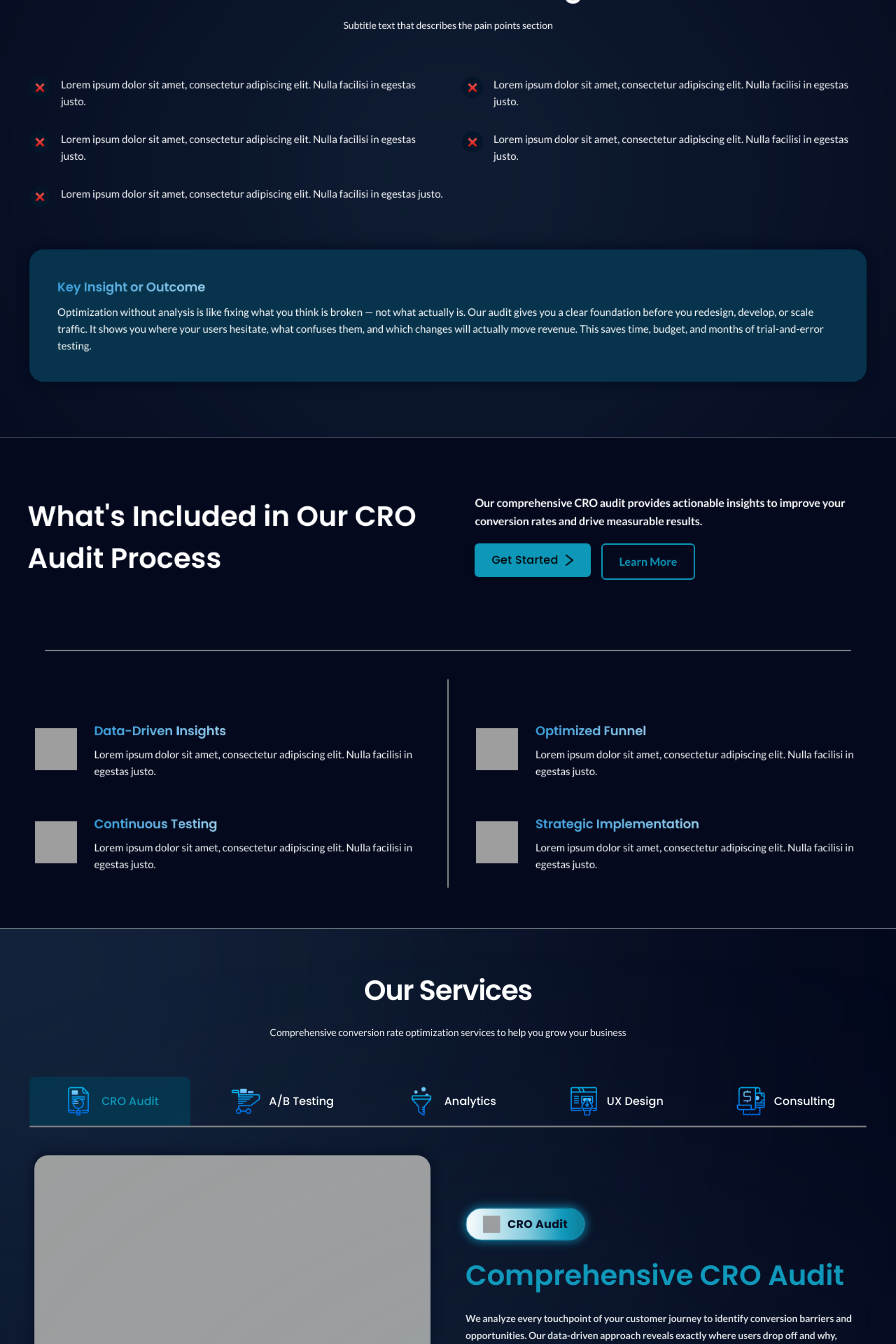
Repository: YahyaK01/kinseb
Page: /services
The author's editor kept a copy of each file at every save. The page is drawn from the files as they stood at one save, then again after the next save.
The browser window is 1280 px wide. The pictures show the part of the page from y = 1075 to 2995 px (the page is 3590 px tall), at 70% of full size.
Pictures or frames that could not be fetched are drawn as grey boxes. The project was rebuilt for these pictures with package versions that can differ from the ones it lists, and the page was loaded fresh each time. Also part of the build but not shown: src/components/FAQ.js, src/components/CTA.jsx, src/components/MetricsSection.jsx, src/components/WhyCROMatter.jsx, src/components/Processsection.jsx, src/components/Hero.jsx, src/components/CEO.jsx, src/components/Testimonia.jsx and 14 more.

Above is the page before, as saved 2025-12-05 20:05:12.

### public/index.html
<!DOCTYPE html>
<html lang="en">
  <head>
    <meta charset="utf-8" />
    <link rel="icon" href="/images/website-logo.png" />
    <meta name="viewport" content="width=device-width, initial-scale=1" />
    <meta name="theme-color" content="#000000" />
    <meta
      name="description"
      content="Kinseb CRO - Your trusted partner for Conversion Rate Optimization. We specialize in data-driven CRO strategies, A/B testing, user experience optimization, and conversion funnel analysis to maximize your website's performance and ROI."
    />
    <meta name="keywords" content="conversion rate optimization, CRO services, A/B testing, conversion funnel optimization, user experience optimization, website optimization, Kinseb CRO, landing page optimization, conversion strategy, increase conversions" />
    <meta name="author" content="Kinseb CRO" />
    <meta property="og:title" content="Kinseb CRO - Conversion Rate Optimization Experts" />
    <meta property="og:description" content="Your trusted partner for data-driven Conversion Rate Optimization. We help businesses maximize their website conversions through strategic testing and optimization." />
    <meta property="og:image" content="/images/website-logo.png" />
    <meta property="og:type" content="website" />
    <meta name="twitter:card" content="summary_large_image" />
    <meta name="twitter:title" content="Kinseb CRO - Conversion Rate Optimization Experts" />
    <meta name="twitter:description" content="Your trusted partner for data-driven Conversion Rate Optimization. Turn more visitors into customers with strategic testing and optimization." />
    <meta name="twitter:image" content="/images/logo.png" />
    <link rel="apple-touch-icon" href="/images/logo.png" />

    <!-- Preconnect to Google Fonts (speeds up font loading) -->
    <link rel="preconnect" href="https://fonts.googleapis.com">
    <link rel="preconnect" href="https://fonts.gstatic.com" crossorigin>

    <!-- Async load fonts (non-blocking - won't delay page render) -->
    <link rel="preload" as="style" href="https://fonts.googleapis.com/css2?family=Poppins:wght@300;400;500;600;700&display=swap" onload="this.onload=null;this.rel='stylesheet'">
    <link rel="preload" as="style" href="https://fonts.googleapis.com/css2?family=Lato:wght@100;300;400;700;900&display=swap" onload="this.onload=null;this.rel='stylesheet'">

    <!-- Fallback for browsers without JavaScript -->
    <noscript>
      <link rel="stylesheet" href="https://fonts.googleapis.com/css2?family=Poppins:wght@300;400;500;600;700&display=swap">
      <link rel="stylesheet" href="https://fonts.googleapis.com/css2?family=Lato:wght@100;300;400;700;900&display=swap">
    </noscript>

    <!--
      manifest.json provides metadata used when your web app is installed on a
      user's mobile device or desktop. See https://developers.google.com/web/fundamentals/web-app-manifest/
    -->
    <link rel="manifest" href="%PUBLIC_URL%/manifest.json" />
    <!--
      Notice the use of %PUBLIC_URL% in the tags above.
      It will be replaced with the URL of the `public` folder during the build.
      Only files inside the `public` folder can be referenced from the HTML.

      Unlike "/favicon.ico" or "favicon.ico", "%PUBLIC_URL%/favicon.ico" will
      work correctly both with client-side routing and a non-root public URL.
      Learn how to configure a non-root public URL by running `npm run build`.
    -->
    <title>Kinseb CRO - Conversion Rate Optimization Experts</title>
  </head>
  <body>
    <noscript>You need to enable JavaScript to run this app.</noscript>
    <div id="root"></div>
    <!--
      This HTML file is a template.
      If you open it directly in the browser, you will see an empty page.

      You can add webfonts, meta tags, or analytics to this file.
      The build step will place the bundled scripts into the <body> tag.

      To begin the development, run `npm start` or `yarn start`.
      To create a production bundle, use `npm run build` or `yarn build`.
    -->
  </body>
</html>

### src/components/marquee.jsx
import React, { useEffect, useState } from 'react';

const TrustedBrands = () => {
  const [windowWidth, setWindowWidth] = useState(window.innerWidth);
  const [isPaused, setIsPaused] = useState(false);

  useEffect(() => {
    const handleResize = () => setWindowWidth(window.innerWidth);
    window.addEventListener('resize', handleResize);
    return () => window.removeEventListener('resize', handleResize);
  }, []);

  const brands = [
    { name: 'Brand 1', logo: '/images/8.png' },
    { name: 'Brand 2', logo: '/images/9.png' },
    { name: 'Brand 3', logo: '/images/10.png' },
    { name: 'Brand 4', logo: '/images/11.png' },
    { name: 'Brand 5', logo: '/images/12.png' },
  ];

  // Duplicate brands for seamless loop
  const duplicatedBrands = [...brands, ...brands, ...brands];

  const containerStyle = {
    display: 'flex',
    flexDirection: 'column',
    justifyContent: 'center',
    alignItems: 'center',
    padding: windowWidth < 768 ? '40px 0' : '50px 0',
    width: '100%',
    minHeight: windowWidth < 768 ? 'auto' : '228px',
    background: '#04091D',
    overflow: 'hidden',
    boxSizing: 'border-box',
  };

  const innerContainerStyle = {
    display: 'flex',
    flexDirection: 'column',
    alignItems: 'center',
    gap: windowWidth < 768 ? '24px' : '32px',
    width: '100%',
    maxWidth: '100%',
    overflow: 'hidden',
  };

  const titleStyle = {
    fontFamily: "'Lato', -apple-system, BlinkMacSystemFont, 'Segoe UI', sans-serif",
    fontWeight: 600,
    fontSize: windowWidth < 480 ? '16px' : '18px',
    lineHeight: '24px',
    textAlign: 'center',
    color: '#FDFFFA',
    margin: 0,
    padding: '0 16px',
  };

  const marqueeContainerStyle = {
    width: '100%',
    overflow: 'hidden',
    position: 'relative',
    maskImage: 'linear-gradient(to right, transparent, black 10%, black 90%, transparent)',
    WebkitMaskImage: 'linear-gradient(to right, transparent, black 10%, black 90%, transparent)',
  };

  const marqueeStyle = {
    display: 'flex',
    flexDirection: 'row',
    alignItems: 'center',
    gap: windowWidth < 480 ? '20px' : '40px',
    animation: isPaused ? 'none' : 'marquee 30s linear infinite',
    width: 'max-content',
    willChange: 'transform',
  };

  const cardStyle = {
    display: 'flex',
    flexDirection: 'row',
    justifyContent: 'center',
    alignItems: 'center',
    padding: windowWidth < 480 ? '12px 20px' : '16px 30px',
    minWidth: windowWidth < 480 ? '140px' : '180px',
    height: windowWidth < 480 ? '60px' : '72px',
    background: 'transparent',
    flexShrink: 0,
    cursor: 'pointer',
    transition: 'transform 0.3s ease',
  };

  const logoStyle = {
    width: windowWidth < 480 ? '80px' : windowWidth < 768 ? '100px' : '120px',
    height: 'auto',
    maxHeight: windowWidth < 480 ? '50px' : '60px',
    objectFit: 'contain',
    transition: 'transform 0.3s ease',
  };

  const keyframesStyle = `
    @keyframes marquee {
      0% {
        transform: translateX(0);
      }
      100% {
        transform: translateX(-33.333%);
      }
    }
  `;

  return (
    <>
      <style>{keyframesStyle}</style>
      <div style={containerStyle}>
        <div style={innerContainerStyle}>
          <h2 style={titleStyle}>Trusted by Leading Brands</h2>

          <div style={marqueeContainerStyle}>
            <div style={marqueeStyle}>
              {duplicatedBrands.map((brand, index) => (
                <div
                  key={index}
                  style={cardStyle}
                  onMouseEnter={() => setIsPaused(true)}
                  onMouseLeave={() => setIsPaused(false)}
                >
                  <img
                    src={brand.logo}
                    alt={brand.name}
                    style={logoStyle}
                  />
                </div>
              ))}
            </div>
          </div>
        </div>
      </div>
    </>
  );
};

export default TrustedBrands;

### src/components/WhyCROMattersSection.jsx
import React, { useEffect, useRef, useState } from 'react';

const WhyCROMattersSection = () => {
  const [isVisible, setIsVisible] = useState(false);
  const [isMobile, setIsMobile] = useState(false);
  const sectionRef = useRef(null);

  useEffect(() => {
    const checkMobile = () => {
      setIsMobile(window.innerWidth <= 768);
    };

    checkMobile();
    window.addEventListener('resize', checkMobile);

    const observer = new IntersectionObserver(
      ([entry]) => {
        if (entry.isIntersecting && !isVisible) {
          setIsVisible(true);
        }
      },
      {
        threshold: 0.1,
        rootMargin: '50px'
      }
    );

    if (sectionRef.current) {
      observer.observe(sectionRef.current);
    }

    return () => {
      window.removeEventListener('resize', checkMobile);
      if (sectionRef.current) {
        observer.unobserve(sectionRef.current);
      }
    };
  }, [isVisible]);

  const containerStyle = {
    display: 'flex',
    flexDirection: 'column',
    alignItems: 'center',
    padding: 'clamp(40px, 8vw, 80px) 20px',
    gap: 'clamp(40px, 6vw, 60px)',
    maxWidth: '1440px',
    margin: '0 auto',
    width: '100%',
    background: '#04091D',
    opacity: 1,
    willChange: 'transform, opacity',
  };

  const headerSectionStyle = {
    display: 'flex',
    flexDirection: 'row',
    justifyContent: 'center',
    alignItems: 'center',
    padding: '0px',
    gap: 'clamp(30px, 6vw, 79px)',
    width: '100%',
    maxWidth: '1201px',
    opacity: isVisible ? 1 : 0,
    transform: isVisible ? 'translateY(0)' : 'translateY(20px)',
    transition: 'opacity 0.8s cubic-bezier(0.4, 0, 0.2, 1) 0.1s, transform 0.8s cubic-bezier(0.4, 0, 0.2, 1) 0.1s',
    flexWrap: 'wrap',
  };

  const leftColumnStyle = {
    display: 'flex',
    flexDirection: 'column',
    alignItems: 'flex-start',
    padding: '0px',
    gap: '20px',
    flex: '1 1 400px',
    minWidth: '280px',
  };

  const headingStyle = {
    fontFamily: "'Poppins', sans-serif",
    fontWeight: 600,
    fontSize: 'clamp(28px, 5vw, 40px)',
    lineHeight: '1.5',
    color: '#FFFFFF',
    margin: 0,
  };

  const rightColumnStyle = {
    display: 'flex',
    flexDirection: 'column',
    justifyContent: 'center',
    alignItems: 'flex-start',
    padding: '0px',
    gap: '20px',
    flex: '1 1 400px',
    minWidth: '280px',
  };

  const paragraphStyle = {
    fontFamily: "'Lato', sans-serif",
    fontWeight: 600,
    fontSize: 'clamp(14px, 2vw, 16px)',
    lineHeight: '1.6',
    letterSpacing: '-0.006em',
    color: '#FFFFFF',
    margin: 0,
  };

  const buttonsContainerStyle = {
    display: 'flex',
    flexDirection: 'row',
    alignItems: 'flex-start',
    padding: '0px',
    gap: '15px',
    flexWrap: 'wrap',
  };

  const primaryButtonStyle = {
    display: 'flex',
    flexDirection: 'row',
    justifyContent: 'center',
    alignItems: 'center',
    padding: '12px 24px',
    gap: '10px',
    background: '#0D98BA',
    boxShadow: '0px 4px 4px rgba(0, 0, 0, 0.25)',
    borderRadius: '6px',
    border: 'none',
    cursor: 'pointer',
    transition: 'all 0.3s ease',
    minWidth: 'fit-content',
  };

  const primaryButtonTextStyle = {
    fontFamily: "'Poppins', sans-serif",
    fontWeight: 500,
    fontSize: 'clamp(14px, 2vw, 16px)',
    lineHeight: '1.5',
    letterSpacing: '0.02em',
    color: '#000000',
    margin: 0,
    transition: 'color 0.3s ease',
  };

  const secondaryButtonStyle = {
    display: 'flex',
    flexDirection: 'row',
    justifyContent: 'center',
    alignItems: 'center',
    padding: '12px 24px',
    gap: '10px',
    background: 'transparent',
    border: '2px solid #0D98BA',
    borderRadius: '6px',
    cursor: 'pointer',
    transition: 'all 0.3s ease',
    minWidth: 'fit-content',
  };

  const secondaryButtonTextStyle = {
    fontFamily: "'Lato', sans-serif",
    fontWeight: 600,
    fontSize: 'clamp(14px, 2vw, 16px)',
    lineHeight: '1.5',
    color: '#0D98BA',
    margin: 0,
    transition: 'color 0.3s ease',
  };

  const separatorContainerStyle = {
    position: 'relative',
    width: '100%',
    display: 'flex',
    justifyContent: 'center',
    alignItems: 'center',
  };

  const separatorStyle = {
    width: '100%',
    maxWidth: '1152px',
    height: '2px',
    background: '#848586',
    borderRadius: '10px',
    margin: 'clamp(20px, 4vw, 40px) 0',
    opacity: isVisible ? 1 : 0,
    transition: 'opacity 0.8s cubic-bezier(0.4, 0, 0.2, 1) 0.3s',
  };

  const verticalSeparatorCrossStyle = {
    position: 'absolute',
    width: '2px',
    height: 'clamp(40px, 8vw, 80px)',
    background: '#848586',
    borderRadius: '10px',
    opacity: isVisible ? 1 : 0,
    transition: 'opacity 0.8s cubic-bezier(0.4, 0, 0.2, 1) 0.3s',
    bottom: 'calc(50% - clamp(20px, 4vw, 40px) - 1px)',
    left: '50%',
    transform: 'translateX(-50%) translateY(100%)',
  };

  const pointsContainerStyle = {
    display: 'flex',
    flexDirection: 'row',
    alignItems: 'flex-start',
    padding: '0px',
    gap: 'clamp(30px, 6vw, 60px)',
    width: '100%',
    maxWidth: '1201px',
    flexWrap: 'wrap',
    position: 'relative',
  };

  const columnStyle = {
    display: 'flex',
    flexDirection: 'column',
    alignItems: 'flex-start',
    padding: '0px',
    gap: 'clamp(30px, 5vw, 50px)',
    flex: '1 1 calc(50% - 30px)',
    minWidth: '280px',
  };

  const pointStyle = (index) => ({
    display: 'flex',
    flexDirection: 'row',
    alignItems: 'flex-start',
    padding: '0px',
    gap: '15px',
    width: '100%',
    opacity: isVisible ? 1 : 0,
    transform: isVisible ? 'translateY(0)' : 'translateY(20px)',
    transition: `opacity 0.7s cubic-bezier(0.4, 0, 0.2, 1) ${0.3 + index * 0.1}s, transform 0.7s cubic-bezier(0.4, 0, 0.2, 1) ${0.3 + index * 0.1}s`,
  });

  const iconContainerStyle = {
    display: 'flex',
    flexDirection: 'row',
    justifyContent: 'center',
    alignItems: 'center',
    padding: '0px',
    gap: '10px',
    width: 'clamp(60px, 8vw, 80px)',
    height: 'clamp(60px, 8vw, 80px)',
    flexShrink: 0,
  };

  const iconStyle = {
    width: '100%',
    height: '100%',
    maxWidth: '60px',
    maxHeight: '60px',
  };

  const textContainerStyle = {
    display: 'flex',
    flexDirection: 'column',
    alignItems: 'flex-start',
    padding: '0px',
    gap: '8px',
    flex: 1,
  };

  const pointHeadingStyle = {
    fontFamily: "'Poppins', sans-serif",
    fontWeight: 600,
    fontSize: 'clamp(16px, 2.5vw, 18px)',
    lineHeight: '1.5',
    letterSpacing: '-0.006em',
    background: 'linear-gradient(263.69deg, #FFFFFF -108.11%, #3AA1DE 98.19%)',
    WebkitBackgroundClip: 'text',
    WebkitTextFillColor: 'transparent',
    backgroundClip: 'text',
    margin: 0,
  };

  const pointTextStyle = {
    fontFamily: "'Lato', sans-serif",
    fontWeight: 400,
    fontSize: 'clamp(14px, 2vw, 15px)',
    lineHeight: '1.6',
    color: '#FFFFFF',
    margin: 0,
  };

  const verticalSeparatorStyle = {
    position: 'absolute',
    width: '2px',
    height: '238px',
    left: 'calc(50% - 1px)',
    top: '0',
    background: '#848586',
    borderRadius: '10px',
    display: isMobile ? 'none' : 'block',
    opacity: isVisible ? 1 : 0,
    transition: 'opacity 0.8s cubic-bezier(0.4, 0, 0.2, 1) 0.5s',
  };

  const points = [
    {
      icon: '/path-to-brain-icon.png',
      heading: 'Data-Driven Insights',
      text: 'Lorem ipsum dolor sit amet, consectetur adipiscing elit. Nulla facilisi in egestas justo.',
    },
    {
      icon: '/path-to-testing-icon.png',
      heading: 'Continuous Testing',
      text: 'Lorem ipsum dolor sit amet, consectetur adipiscing elit. Nulla facilisi in egestas justo.',
    },
    {
      icon: '/path-to-funnel-icon.png',
      heading: 'Optimized Funnel',
      text: 'Lorem ipsum dolor sit amet, consectetur adipiscing elit. Nulla facilisi in egestas justo.',
    },
    {
      icon: '/path-to-setting-icon.png',
      heading: 'Strategic Implementation',
      text: 'Lorem ipsum dolor sit amet, consectetur adipiscing elit. Nulla facilisi in egestas justo.',
    },
  ];

  return (
    <div ref={sectionRef} style={containerStyle}>
      {/* Header Section */}
      <div style={headerSectionStyle}>
        <div style={leftColumnStyle}>
          <h2 style={headingStyle}>
            What's Included in Our CRO Audit Process
          </h2>
        </div>

        <div style={rightColumnStyle}>
          <p style={paragraphStyle}>
            Our comprehensive CRO audit provides actionable insights to improve your conversion rates and drive measurable results.
          </p>
          <div style={buttonsContainerStyle}>
            <button
              style={primaryButtonStyle}
              onMouseEnter={(e) => {
                e.currentTarget.style.background = '#0B86A3';
                e.currentTarget.style.transform = 'translateY(-2px)';
              }}
              onMouseLeave={(e) => {
                e.currentTarget.style.background = '#0D98BA';
                e.currentTarget.style.transform = 'translateY(0)';
              }}
            >
              <span style={primaryButtonTextStyle}>Get Started</span>
              <svg width="12" height="16" viewBox="0 0 12 16" fill="none" xmlns="http://www.w3.org/2000/svg">
                <path d="M1 1L10 8L1 15" stroke="#000000" strokeWidth="2" strokeLinecap="round" strokeLinejoin="round"/>
              </svg>
            </button>
            <button
              style={secondaryButtonStyle}
              onMouseEnter={(e) => {
                e.currentTarget.style.background = '#0D98BA';
                e.currentTarget.querySelector('span').style.color = '#000000';
              }}
              onMouseLeave={(e) => {
                e.currentTarget.style.background = 'transparent';
                e.currentTarget.querySelector('span').style.color = '#0D98BA';
              }}
            >
              <span style={secondaryButtonTextStyle}>Learn More</span>
            </button>
          </div>
        </div>
      </div>

      {/* Separator with Plus Sign */}
      <div style={separatorContainerStyle}>
        <div style={separatorStyle}></div>
        <div style={verticalSeparatorCrossStyle}></div>
      </div>

      {/* Points Section */}
      <div style={pointsContainerStyle}>
        {/* Vertical Separator - Hidden on mobile */}
        <div style={verticalSeparatorStyle}></div>

        {/* Left Column */}
        <div style={columnStyle}>
          <div style={pointStyle(0)}>
            <div style={iconContainerStyle}>
              <img src={points[0].icon} alt="icon" style={iconStyle} />
            </div>
            <div style={textContainerStyle}>
              <h3 style={pointHeadingStyle}>{points[0].heading}</h3>
              <p style={pointTextStyle}>{points[0].text}</p>
            </div>
          </div>

          <div style={pointStyle(1)}>
            <div style={iconContainerStyle}>
              <img src={points[1].icon} alt="icon" style={iconStyle} />
            </div>
            <div style={textContainerStyle}>
              <h3 style={pointHeadingStyle}>{points[1].heading}</h3>
              <p style={pointTextStyle}>{points[1].text}</p>
            </div>
          </div>
        </div>

        {/* Right Column */}
        <div style={columnStyle}>
          <div style={pointStyle(2)}>
            <div style={iconContainerStyle}>
              <img src={points[2].icon} alt="icon" style={iconStyle} />
            </div>
            <div style={textContainerStyle}>
              <h3 style={pointHeadingStyle}>{points[2].heading}</h3>
              <p style={pointTextStyle}>{points[2].text}</p>
            </div>
          </div>

          <div style={pointStyle(3)}>
            <div style={iconContainerStyle}>
              <img src={points[3].icon} alt="icon" style={iconStyle} />
            </div>
            <div style={textContainerStyle}>
              <h3 style={pointHeadingStyle}>{points[3].heading}</h3>
              <p style={pointTextStyle}>{points[3].text}</p>
            </div>
          </div>
        </div>
      </div>
    </div>
  );
};

export default WhyCROMattersSection;

Loaded but not shown: src/index.js (common file); src/index.css (common file); src/reportWebVitals.js (common file); src/components/Footer.js (596 lines, source omitted); src/App.js (30 lines, source omitted); src/Pages/ServicePage.js (20 lines, source omitted); src/components/Navbar.jsx (1589 lines, source omitted); src/components/ServiceTabSection.jsx (533 lines, source omitted); src/components/PainPointsSection.jsx (323 lines, source omitted); src/components/casestudieshero.jsx (294 lines, source omitted)

After the next save:
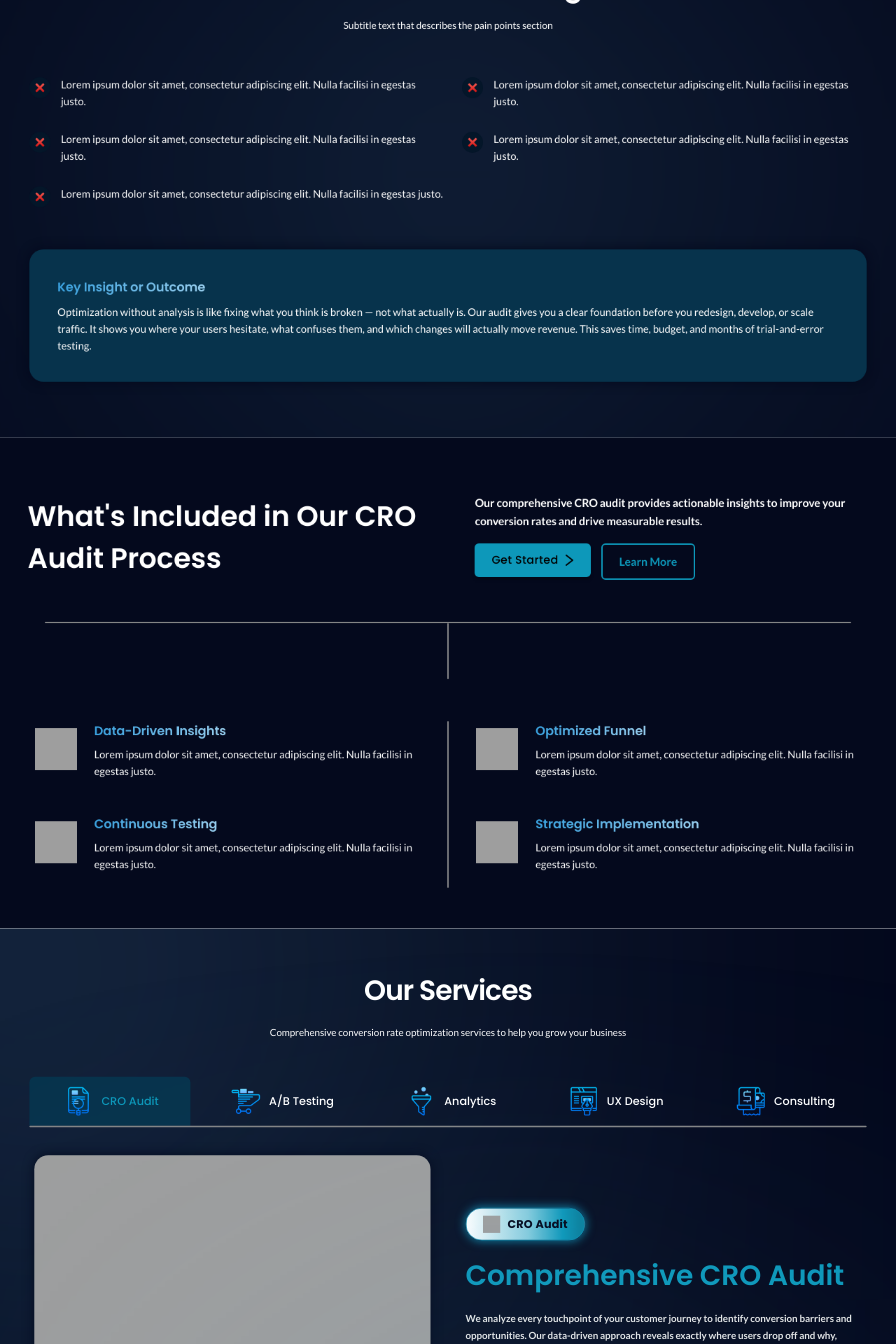
Saved 2 min 29 s later.
--- a/src/components/WhyCROMattersSection.jsx
+++ b/src/components/WhyCROMattersSection.jsx
@@ -168,35 +168,36 @@
   };
 
   const separatorContainerStyle = {
+    display: isMobile ? 'flex' : 'grid',
+    gridTemplateColumns: isMobile ? undefined : '1fr 2px 1fr',
+    gridTemplateRows: isMobile ? undefined : '2px auto',
+    width: '100%',
+    maxWidth: '1152px',
+    gap: isMobile ? '20px' : '0px',
     position: 'relative',
-    width: '100%',
-    display: 'flex',
-    justifyContent: 'center',
-    alignItems: 'center',
-  };
-
-  const separatorStyle = {
-    width: '100%',
-    maxWidth: '1152px',
+  };
+
+  const horizontalSeparatorStyle = {
+    width: '100%',
     height: '2px',
     background: '#848586',
     borderRadius: '10px',
-    margin: 'clamp(20px, 4vw, 40px) 0',
+    gridColumn: isMobile ? undefined : '1 / 4',
+    gridRow: isMobile ? undefined : '1',
     opacity: isVisible ? 1 : 0,
     transition: 'opacity 0.8s cubic-bezier(0.4, 0, 0.2, 1) 0.3s',
   };
 
-  const verticalSeparatorCrossStyle = {
-    position: 'absolute',
+  const verticalSeparatorStyle = {
     width: '2px',
     height: 'clamp(40px, 8vw, 80px)',
     background: '#848586',
     borderRadius: '10px',
+    gridColumn: isMobile ? undefined : '2',
+    gridRow: isMobile ? undefined : '2',
     opacity: isVisible ? 1 : 0,
     transition: 'opacity 0.8s cubic-bezier(0.4, 0, 0.2, 1) 0.3s',
-    bottom: 'calc(50% - clamp(20px, 4vw, 40px) - 1px)',
-    left: '50%',
-    transform: 'translateX(-50%) translateY(100%)',
+    display: isMobile ? 'none' : 'block',
   };
 
   const pointsContainerStyle = {
@@ -283,7 +284,7 @@
     margin: 0,
   };
 
-  const verticalSeparatorStyle = {
+  const verticalPointsSeparatorStyle = {
     position: 'absolute',
     width: '2px',
     height: '238px',
@@ -367,16 +368,16 @@
         </div>
       </div>
 
-      {/* Separator with Plus Sign */}
+      {/* Separator with T Shape using Grid */}
       <div style={separatorContainerStyle}>
-        <div style={separatorStyle}></div>
-        <div style={verticalSeparatorCrossStyle}></div>
+        <div style={horizontalSeparatorStyle}></div>
+        <div style={verticalSeparatorStyle}></div>
       </div>
 
       {/* Points Section */}
       <div style={pointsContainerStyle}>
         {/* Vertical Separator - Hidden on mobile */}
-        <div style={verticalSeparatorStyle}></div>
+        <div style={verticalPointsSeparatorStyle}></div>
 
         {/* Left Column */}
         <div style={columnStyle}>
